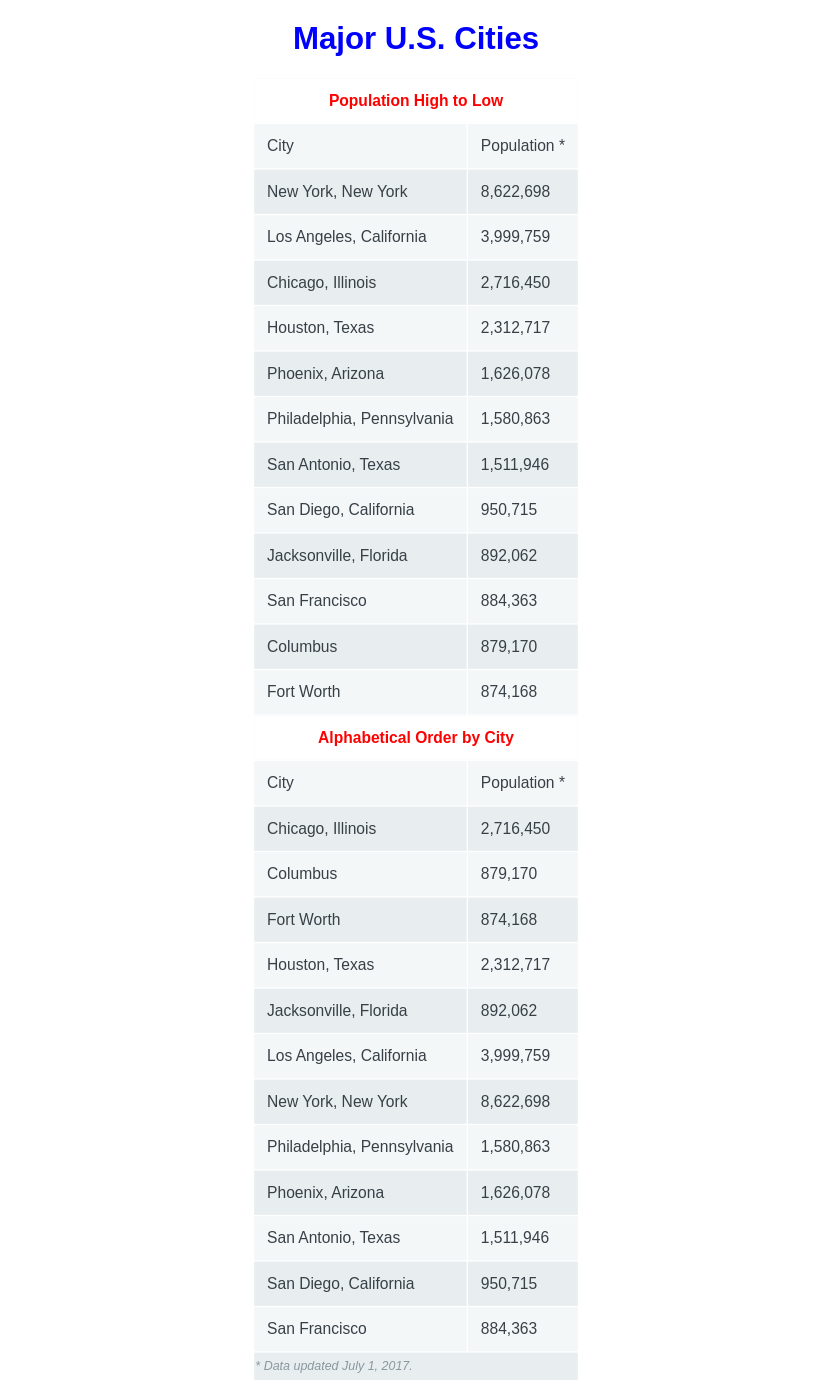
Repository: oduong1/COSW30
Page: http://localhost/homework/hw4/population_array.php
The author's editor kept a record of every edit. The page is drawn from the files as they stood at one moment, then again after the next edit.
The browser window is 1280 px wide. The pictures show the whole page, at 65% of full size.
Some web fonts or font styles are not loaded; a fallback is used. The page is run by PHP 8.4 with error messages shown; the project is at /var/www/html/.

Above is the page before.
Not found: homework/hw4/normalize.css

### homework/hw4/population_array.php
<!DOCTYPE html>
<html>
  <head>
    <meta charset="utf-8">
    <meta name="viewport" content="width=device-width, initial-scale=1.0">
    <title>City Population</title>
    <link rel="stylesheet" href="normalize.css">
    <link href='http://fonts.googleapis.com/css?family=Nunito:400,300' rel='stylesheet' type='text/css'>
    <link href="https://fonts.googleapis.com/css?family=Gayathri&display=swap" rel="stylesheet">
    <link rel="stylesheet" href="table.css">
  </head>
  <body >


    <div>
    <container id="center_a"><h1>Major U.S. Cities</h1></container>

      <table>

    <?php

        $population = [
            "New York, New York" => "8,622,698",
            "Los Angeles, California" => "3,999,759",
            "Chicago, Illinois" => "2,716,450",
            "Houston, Texas" => "2,312,717",
            "Phoenix, Arizona" => "1,626,078",
            "Philadelphia, Pennsylvania" => "1,580,863",
            "San Antonio, Texas" => "1,511,946",
            "San Diego, California" => "950,715",
            "Jacksonville, Florida" => "892,062",
            "San Francisco" => "884,363",
            "Columbus" => "879,170",
            "Fort Worth" => "874,168"
        ];

//display original list
echo'        <th colspan="2">Population High to Low</th>';
echo '<tr><td>City</td><td>Population *</td></tr>';

        foreach ($population as $city => $pop) {
            echo "
                <tr>
                  <td>$city</td>
                  <td>$pop</td>
                </tr>\n";
            }

//display list by city
ksort($population);

echo'        <th colspan="2">Alphabetical Order by City</th>';
echo '<tr><td>City</td><td>Population *</td></tr>';

        foreach ($population as $city => $pop) {
            echo "
                <tr>
                  <td>$city</td>
                  <td>$pop</td>
                </tr>\n";
            }
?>
        </tbody>
                <tfoot>
          <tr>
            <td colspan="3">* Data updated July 1, 2017.</td>
          </tr>
        </tfoot>
      </table>
    </div>
  </body>
</html>

### homework/hw4/table.css
*, *:before, *:after {
  -moz-box-sizing: border-box;
  -webkit-box-sizing: border-box;
  box-sizing: border-box;
}

body {
  font-family: 'Gayathri', sans-serif;
  color: #384047;
  text-align: center;
  font-size: 1.5em;
}


table {
  max-width: 960px;
  margin: 10px auto;
}

#center_a {
  display: block;
  max-width: 960px;
  margin: 10px auto;
  color: blue;

}

caption {
  font-size: 1.6em;
  font-weight: 400;
  padding: 10px 0;
}

thead th {
  font-weight: 400;
  background: #8a97a0;
  color: #FFF;
}


tr {
  background: #f4f7f8;
  border-bottom: 1px solid #FFF;
  margin-bottom: 5px;
}



tr:nth-child(odd) {
  background: #e8eeef;
}

th {
  text-align: center;
  padding: 20px;
  color: red;
  background: #fff;
}

td {
  text-align: left;
  padding: 20px;
  font-weight: 300;
}

tfoot tr {
  background: none;
}

tfoot td {
  padding: 10px 2px;
  font-size: 0.8em;
  font-style: italic;
  color: #8a97a0;
}

After the next edit:
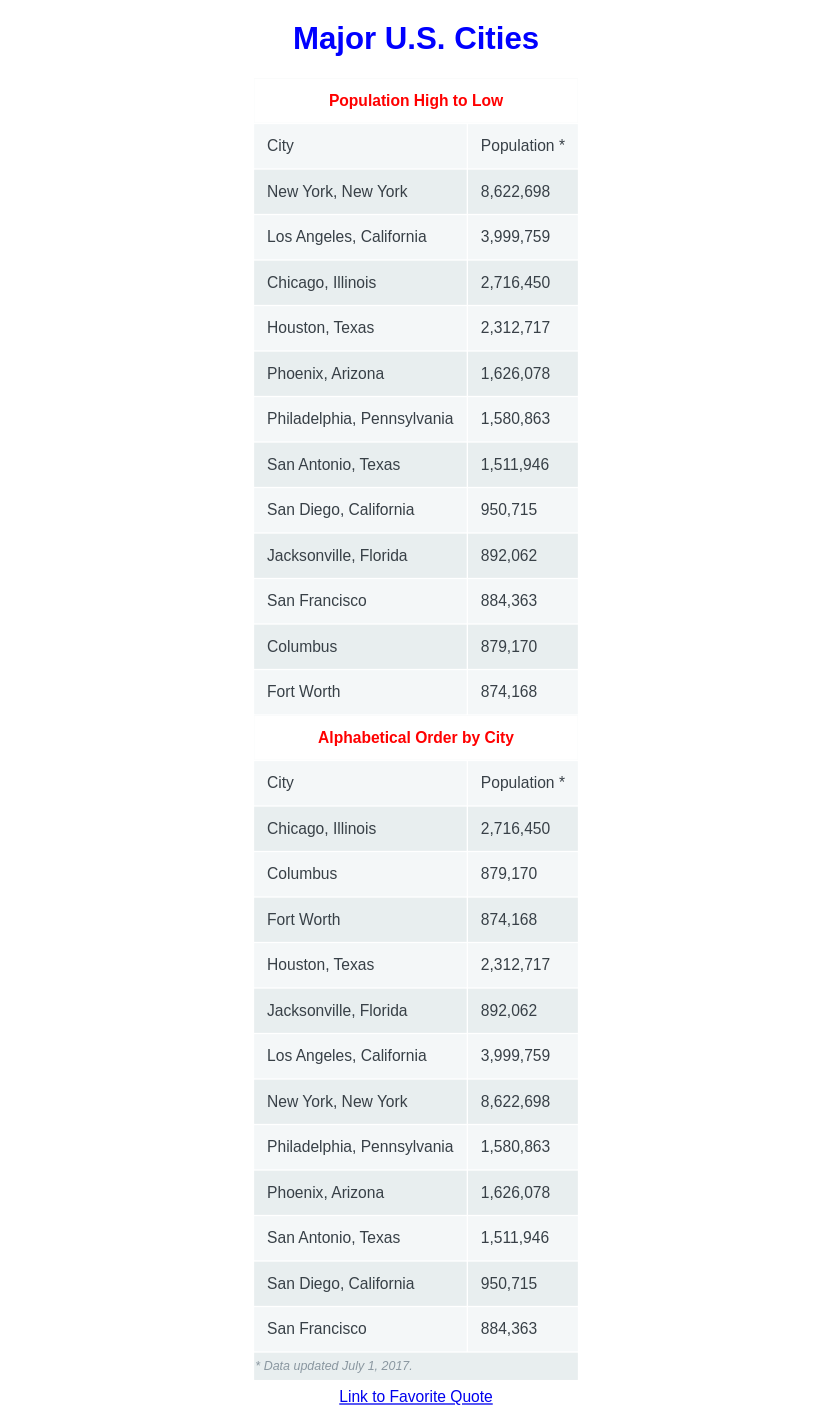
The edit:
--- a/homework/hw4/population_array.php
+++ b/homework/hw4/population_array.php
@@ -67,6 +67,7 @@
           </tr>
         </tfoot>
       </table>
+          <a href="http://cosw30-od.herokuapp.com/homework/hw4/quote.html">Link to Favorite Quote</a>
     </div>
   </body>
 </html>
